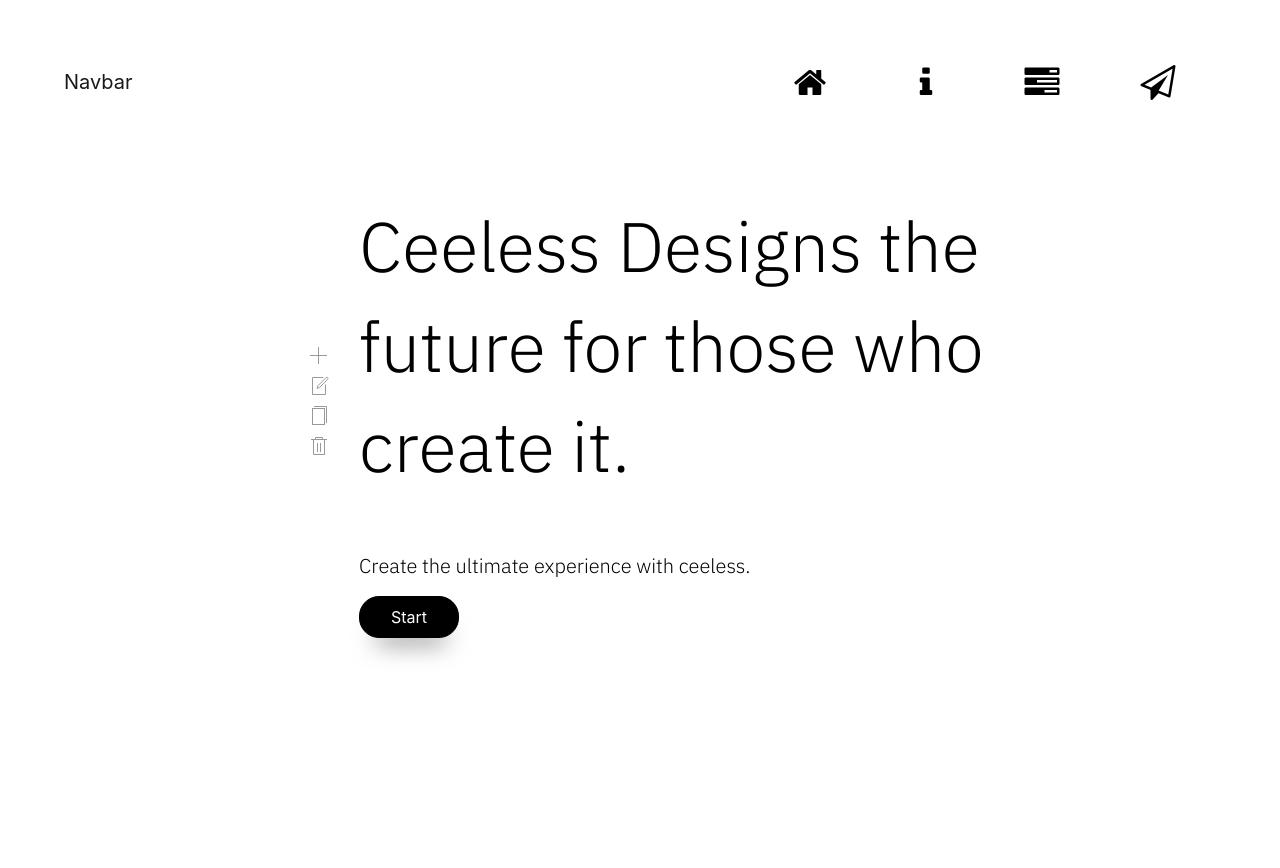
Repository: latenightsnacc/ceeless
Page: index.html
The author's editor kept a copy of each file at every save. The page is drawn from the files as they stood at one save, then again after the next save.
The browser window is 1280 px wide. The pictures show the part of the page from y = 0 to 868 px (the page is 1588 px tall).
Pictures or frames that could not be fetched are drawn as grey boxes. Some web libraries are served in a nearby version. The style sheet was rebuilt from its Sass, Less or Tailwind sources for each picture, by a compiler version that may differ from the author's.

Above is the page before, as saved 2020-06-12 14:00:26.

### index.html
<!DOCTYPE html>
<html lang="en">
<head>
    <meta charset="UTF-8">
    <meta name="viewport" content="width=device-width, initial-scale=1.0">

    <!--Bootstrap-->
    <link rel="stylesheet" href="https://stackpath.bootstrapcdn.com/bootstrap/4.5.0/css/bootstrap.min.css" integrity="sha384-9aIt2nRpC12Uk9gS9baDl411NQApFmC26EwAOH8WgZl5MYYxFfc+NcPb1dKGj7Sk" crossorigin="anonymous">

    <!-- UIkit CSS -->
    <link rel="stylesheet" href="https://cdn.jsdelivr.net/npm/uikit@3.5.3/dist/css/uikit.min.css" />

    <!--Font Awesome Icons-->
    <link rel="stylesheet" href="https://maxcdn.bootstrapcdn.com/font-awesome/4.4.0/css/font-awesome.min.css">

    <!--Custom Stylesheet-->
    <link rel="stylesheet" href="Styles/stylesheet.css">

    <!--Page Title-->
    <title>Ceeless | Licorne Technologies</title>
</head>
<body>
    <main class="wrapper ml-5 mr-5">
        <!--NavBar-->
        <nav class="navbar navbar-expand-lg navbar-light bg-transparent mt-3">
            <!--Logo-->
            <a class="navbar-brand" href="#">Navbar</a>
            <!--Mobile NavBar Icon-->
            <div class="navbar-toggler" type="button" data-toggle="collapse" data-target="#navbarTogglerDemo03" aria-controls="navbarTogglerDemo03" aria-expanded="false" aria-label="Toggle navigation">
                <div class="nav-icon">
                    <span class="long-bar-one"></span>
                    <span class="short-bar-two"></span>
                    <span class="long-bar-three"></span>
                </div>
            </div>
            <div class="collapse navbar-collapse" id="navbarTogglerDemo03">
              <ul class="navbar-nav ml-auto mt-2 mt-lg-0">
                <li class="nav-item active">
                  <a class="nav-link" title="Home"role="button" href="#"><span class="menu-text" id="homeText" >Home</span><i class="fa fa-home" id="homeIcon"></i></a>
                </li>
                <li class="nav-item">
                  <a class="nav-link" href="#"><span class="menu-text" id="aboutText">About</span><i class="fa fa-info" id="aboutIcon"></i></a>
                </li>
                <li class="nav-item">
                  <a class="nav-link" href="#"><span class="menu-text" id="abtText">Portfolio</span><i class="fa fa-tasks" aria-hidden="true" id="portfolioIcon"></i></a>
                </li>
                <li class="nav-item">
                    <a class="nav-link" href="#"><span class="menu-text" id="abtText">Contact</span><i class="fa fa-send-o" id="contactIcon"></i></a>
                  </li>
              </ul>
            </div>
        </nav>
        <!--End of NavBar-->

        <!--Header wrapper-->
        <section class="header-wrapper container-fluid">
            <div class="row pt-5">
                <!--Social Icons-->
                <div class="col-3">
                    <ul class="uk-iconnav uk-iconnav-vertical uk-align-right@s align-middle	">
                        <li><a href="#" uk-icon="icon: plus"></a></li>
                        <li><a href="#" uk-icon="icon: file-edit"></a></li>
                        <li><a href="#" uk-icon="icon: copy"></a></li>
                        <li><a href="#" uk-icon="icon: trash"></a></li>
                    </ul>
                </div>
                <!--Header Message-->
                <div class="col-9 header-text">
                    <div class="card w-75">
                        <h1>Ceeless Designs the future for those who create it.</h1>
                        <h5>Create the ultimate experience with ceeless.</h5>
                        <a href="#" class="action-btn">Start</a>
                    </div>
                </div>
            </div>
        </section>
        <!--End of Header wrapper-->

        <!--Our Work-->
        <section class="ourWork-wrapper">
            <div class="row">
                <!--Slider-->
                <div class="col">
                    <div class="uk-position-relative uk-visible-toggle uk-light" tabindex="-1" uk-slideshow="ratio: false">

                        <ul class="uk-slideshow-items" uk-height-viewport="offset-top: true; offset-bottom: 30">
                            <li>
                                <img src="assets/DemoImage1.jpg" alt="" uk-cover>
                            </li>
                            <li>
                                <img src="assets/DemoImage2.jpg" alt="" uk-cover>
                            </li>
                            <li>
                                <img src="assets/DemoImage3.jpg" alt="" uk-cover>
                            </li>
                        </ul>

                        <a class="uk-position-center-left uk-position-small uk-hidden-hover" href="#" uk-slidenav-previous uk-slideshow-item="previous"></a>
                        <a class="uk-position-center-right uk-position-small uk-hidden-hover" href="#" uk-slidenav-next uk-slideshow-item="next"></a>

                    </div>
                </div>
                <!--What we do-->
                <div class="col"></div>
            </div>
        </section>
    </main>

    <!-- JS, Popper.js, and jQuery -->
    <script src="https://code.jquery.com/jquery-3.5.1.slim.min.js" integrity="sha384-DfXdz2htPH0lsSSs5nCTpuj/zy4C+OGpamoFVy38MVBnE+IbbVYUew+OrCXaRkfj" crossorigin="anonymous"></script>
    <script src="https://cdn.jsdelivr.net/npm/popper.js@1.16.0/dist/umd/popper.min.js" integrity="sha384-Q6E9RHvbIyZFJoft+2mJbHaEWldlvI9IOYy5n3zV9zzTtmI3UksdQRVvoxMfooAo" crossorigin="anonymous"></script>
    <script src="https://stackpath.bootstrapcdn.com/bootstrap/4.5.0/js/bootstrap.min.js" integrity="sha384-OgVRvuATP1z7JjHLkuOU7Xw704+h835Lr+6QL9UvYjZE3Ipu6Tp75j7Bh/kR0JKI" crossorigin="anonymous"></script>
    <!-- UIkit JS -->
    <script src="https://cdn.jsdelivr.net/npm/uikit@3.5.3/dist/js/uikit.min.js"></script>
    <script src="https://cdn.jsdelivr.net/npm/uikit@3.5.3/dist/js/uikit-icons.min.js"></script>
    <script src="Js/scripts.js"></script>
</body>
</html>

### Js/scripts.js
let menuHomeText = document.getElementById('homeText');
let menuHomeIcon = document.getElementById('homeIcon');

let menuAboutText = document.getElementById('aboutText');
let menuAboutIcon = document.getElementById('aboutIcon');


if(menuHomeIcon){
    menuHomeIcon.addEventListener('mouseover', event =>{


        menuHomeText.style.display = 'none';



    });
}

if(menuAboutIcon){
    menuAboutIcon.addEventListener('mouseover', event =>{

        menuAboutText.style.display = 'block';

        if(menuAboutText.style.display = 'block'){
            menuAboutText.style.display = 'none';
        }

    });
}

### Styles/stylesheet.scss
@import 'variables';
@import 'navbar';
@import 'header';
@import 'our-work';

*{
    margin: 0;
    padding: 0;
    text-decoration: none;
    list-style: none;
}
body{
    background-color: white;
}

### Styles/_variables.scss
@import url('https://fonts.googleapis.com/css2?family=IBM+Plex+Sans:wght@300;700&display=swap');

$font: 'IBM Plex Sans', sans-serif;
$dark: black;
$light: white;
$box-shadow: 0 5px 15px rgba(0,0,0,0.08);
$btn-shadow: 2px 20px 25px -15px rgba(0, 0, 0, 0.54);

### Styles/navbar.scss
@import 'variables';

.navbar-toggler{
    border: none;
    .nav-icon{
        display: flex;
        flex-direction: column;
        .long-bar-one, .long-bar-three, .short-bar-two{
            border: 2px solid $dark;
            margin-bottom: 5px;
        }
        .long-bar-one, .long-bar-three{
            width: 33px;
        }
        .short-bar-two{
            width: 20px;
        }

        &:hover{
            .long-bar-one, .long-bar-three{
                width: 20px;
                transition: width 300ms ease-in-out 0s;

            }
            .short-bar-two{
                width: 33px;

            }
        }
    }
}
.nav-item {
    a.nav-link{
        display: flex;
        align-items: center;
        &:hover {
            margin-right: 10px;
        }


        .menu-text,.fa{
            flex: 1;
        }

    }
    .menu-text {
        color: $dark;
        font-weight: 500;
        font-family: $font;
        display: none;
    }

    .fa{
        display: flex;
        justify-content: center !important;
        align-items: center;
        color: $dark;
        font-size: 35px;
        background-color: $light;
        height: 100px;
        width: 100px;
        border-radius: 50%;



        &:hover{

            background-color: $dark;
            color: $light;
            transition: width 300ms ease-in-out 0s;


        }
    }
}

### Styles/header.scss
@import 'variables';

.align-middle{
    display: flex;
    flex-direction: column;
    justify-content: center;
    height: 400px;
}
.header-wrapper{
    height: 100vh;
    .header-text{
        .card{
            border: none;
            display: flex;
            flex-direction: column;
            justify-content: center;

            h1, h5{
                font-family: $font;
                color: $dark;
            }

            h1{
                font-size: 70px;
                line-height: 100px;
            }
            h5{
                font-size: 20px;
                line-height: 20px;
                font-weight: 300;
            }

        }
    }
}
a.action-btn {
    border: 1px solid $dark;
    background-color: $dark;
    width: 100px;
    border-radius: 20px;
    padding: 10px;
    box-shadow: $btn-shadow;
    color: $light;
    text-align: center;
    line-height: 20px;
    &:hover{
        text-decoration: none;
    }

}

### Styles/our-work.scss
@import 'variables';

.ourWork-wrapper {
    height: 100vh;

    .uk-slideshow-items {
        img{
            max-height: 1024px;
        }
    }
}

After the next save:
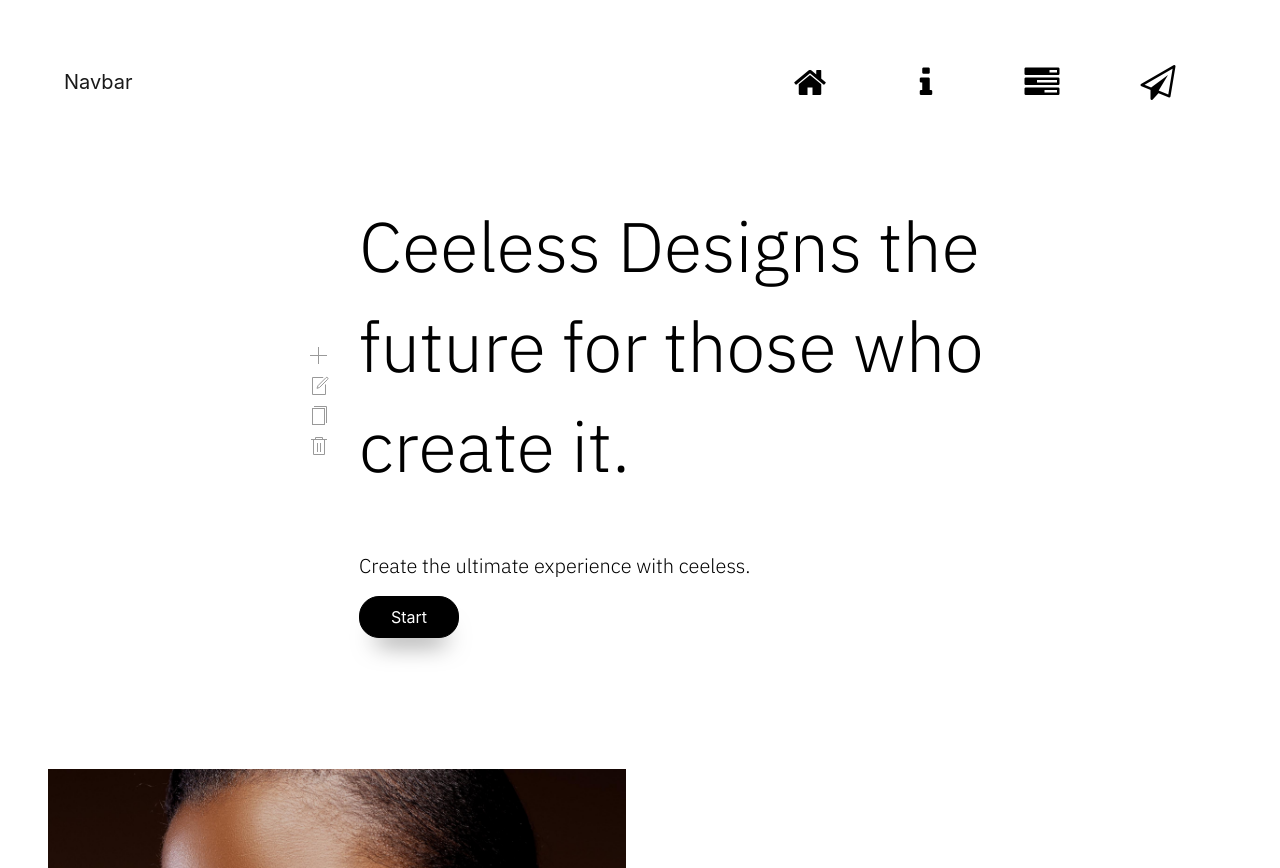
Saved 89 s later.
--- a/index.html
+++ b/index.html
@@ -81,7 +81,7 @@
             <div class="row">
                 <!--Slider-->
                 <div class="col">
-                    <div class="uk-position-relative uk-visible-toggle uk-light" tabindex="-1" uk-slideshow="ratio: false">
+                    <div class="uk-position-relative uk-visible-toggle uk-light" tabindex="-1" uk-slideshow="min-height: 300; max-height: 600>
 
                         <ul class="uk-slideshow-items" uk-height-viewport="offset-top: true; offset-bottom: 30">
                             <li>

After the save that followed:
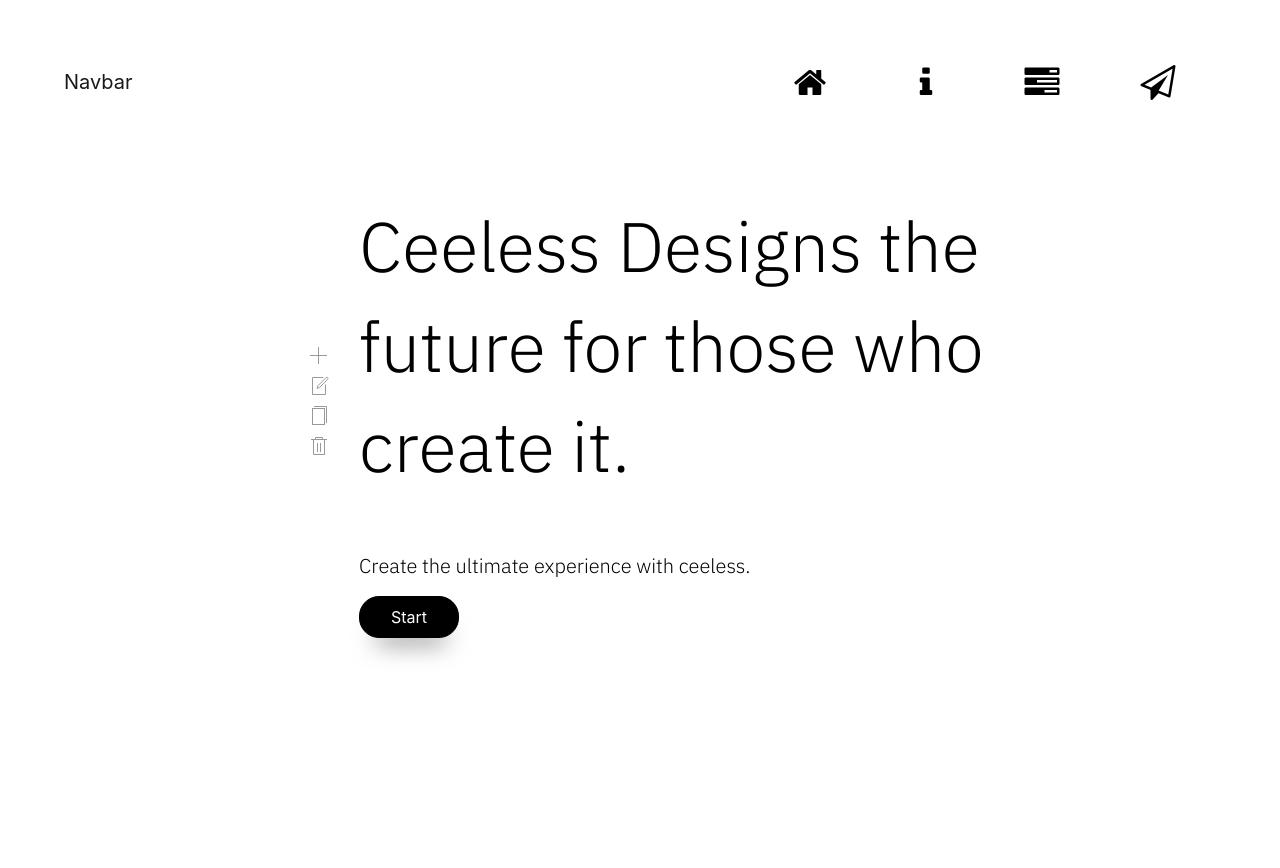
Saved 69 s later.
--- a/index.html
+++ b/index.html
@@ -81,7 +81,7 @@
             <div class="row">
                 <!--Slider-->
                 <div class="col">
-                    <div class="uk-position-relative uk-visible-toggle uk-light" tabindex="-1" uk-slideshow="min-height: 300; max-height: 600>
+                    <div class="uk-position-relative uk-visible-toggle uk-light" tabindex="-1" uk-slideshow="min-height: 300; max-height: 600">
 
                         <ul class="uk-slideshow-items" uk-height-viewport="offset-top: true; offset-bottom: 30">
                             <li>
